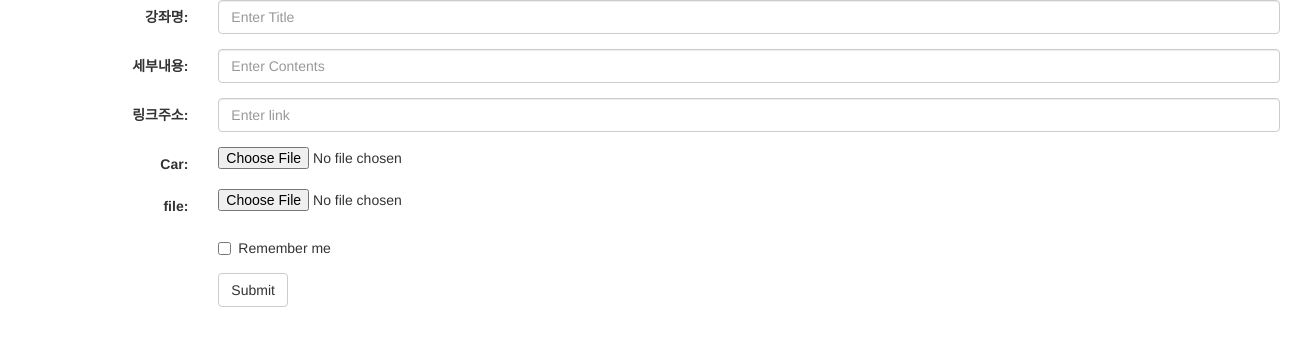
Repository: akacanet87/4pweather_final
Page: http://localhost/MinSsaem/lecture/registlecture.jsp
An editor plug-in stored every save of this project. The page is shown before and after the next save, followed by the edit.
The browser window is 1280 px wide. The page is 1295 px wide, so the pictures cover 1295 px, including what lies to the right of the window. The pictures show the whole page.
The page is served by Tomcat 9. Other server files are loaded and not shown.

Above is the page before, as saved 2016-10-30 19:10:09.

### MinSsaem/WebContent/lecture/registlecture.jsp
<%@ page language="java" contentType="text/html; charset=UTF-8"
	pageEncoding="UTF-8"%>
<!DOCTYPE html>
<html>
<head>
<meta http-equiv="Content-Type" content="text/html; charset=UTF-8">
<title>Insert title here</title>

<!-- Latest compiled and minified CSS -->
<link rel="stylesheet"
	href="https://maxcdn.bootstrapcdn.com/bootstrap/3.3.7/css/bootstrap.min.css">

<!-- jQuery library -->
<script
	src="https://ajax.googleapis.com/ajax/libs/jquery/1.12.4/jquery.min.js"></script>

<!-- Latest compiled JavaScript -->
<script
	src="https://maxcdn.bootstrapcdn.com/bootstrap/3.3.7/js/bootstrap.min.js"></script>


</head>
<body>

	<form class="form-horizontal" name="form1" method="post">
		<div class="form-group">
			<label class="control-label col-sm-2" for="title">강좌명:</label>
			<div class="col-sm-10">
				<input type="title" class="form-control" id="title" name="title"
					placeholder="Enter Title">
			</div>
		</div>
		<div class="form-group">
			<label class="control-label col-sm-2" for="content">세부내용:</label>
			<div class="col-sm-10">
				<input type="content" class="form-control" id="content" name="content"
					placeholder="Enter Contents">
			</div>
		</div>

		<div class="form-group">
			<label class="control-label col-sm-2" for="link">링크주소:</label>
			<div class="col-sm-10">
				<input type="link" class="form-control" id="link" name="link"
					placeholder="Enter link">
			</div>
		</div>

		<div class="form-group">
			<label class="control-label col-sm-2" for="homework">Car:</label>
			<div class="col-sm-10">
				<input type="file"  id="homework" name="homework"
					placeholder="Regist homework">
			</div>
		</div>

		<div class="form-group">
			<label class="control-label col-sm-2" for="lecturefile">file:</label>
			<div class="col-sm-10">
				<input type="file" id="lecturefile" name="lecturefile" placeholder="Regist LectureFile">
			</div>
		</div>

		<div class="form-group">
			<div class="col-sm-offset-2 col-sm-10">
				<div class="checkbox">
					<label><input type="checkbox"> Remember me</label>
				</div>
			</div>
		</div>
		<div class="form-group">
			<div class="col-sm-offset-2 col-sm-10">
				<button class="btn btn-default" onClick="regist()">Submit</button>
			</div>
		</div>
	</form>

</body>
</html>

After the next save:
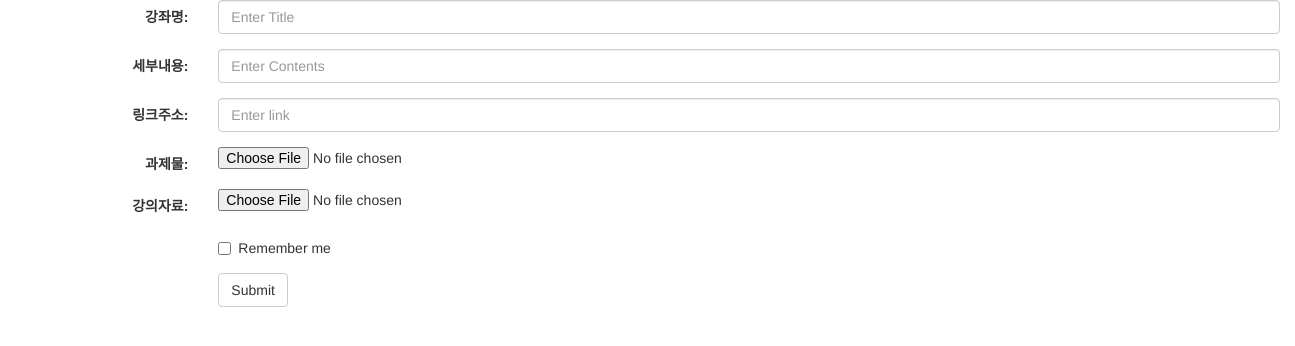
Saved 16 s later.
--- a/MinSsaem/WebContent/lecture/registlecture.jsp
+++ b/MinSsaem/WebContent/lecture/registlecture.jsp
@@ -47,7 +47,7 @@
 		</div>
 
 		<div class="form-group">
-			<label class="control-label col-sm-2" for="homework">Car:</label>
+			<label class="control-label col-sm-2" for="homework">과제물:</label>
 			<div class="col-sm-10">
 				<input type="file"  id="homework" name="homework"
 					placeholder="Regist homework">
@@ -55,7 +55,7 @@
 		</div>
 
 		<div class="form-group">
-			<label class="control-label col-sm-2" for="lecturefile">file:</label>
+			<label class="control-label col-sm-2" for="lecturefile">강의자료:</label>
 			<div class="col-sm-10">
 				<input type="file" id="lecturefile" name="lecturefile" placeholder="Regist LectureFile">
 			</div>
